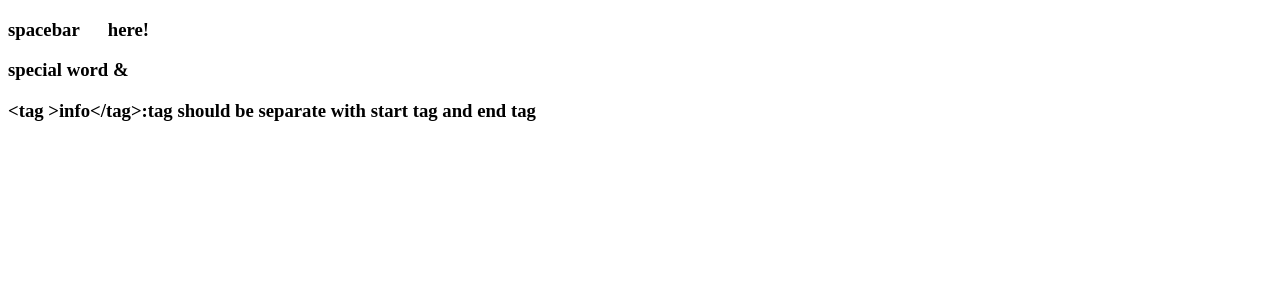
Repository: LucestDail/WebEclipse-Workspace
Page: htmlProject/WebContent/htmlEx3.html
An editor plug-in stored every save of this project. The page is shown before and after the next save, followed by the edit.
The browser window is 1280 px wide. The pictures show the whole page.

Above is the page before, as saved 2020-11-05 05:16:03.

### htmlProject/WebContent/htmlEx3.html
<!DOCTYPE html>
<html>
<head>
<meta charset="UTF-8">
<title>word printing</title>
</head>
<body>
<h3> spacebar&nbsp;&nbsp;&nbsp;&nbsp;&nbsp;&nbsp;here!</h3>
<h3> special word &amp;</h3>
<h3>&lt;tag &gt;info&lt;/tag&gt;:tag should be separate with start tag and end tag</h3>
</body>
</html>

After the next save:
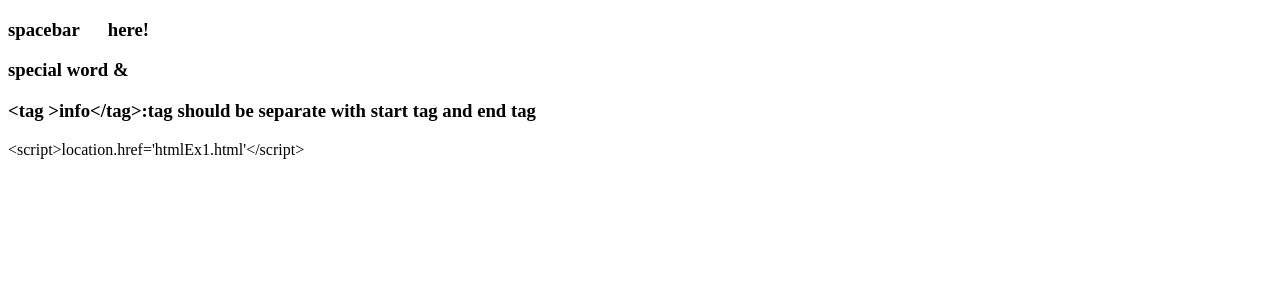
Saved 2 min 58 s later.
--- a/htmlProject/WebContent/htmlEx3.html
+++ b/htmlProject/WebContent/htmlEx3.html
@@ -8,5 +8,6 @@
 <h3> spacebar&nbsp;&nbsp;&nbsp;&nbsp;&nbsp;&nbsp;here!</h3>
 <h3> special word &amp;</h3>
 <h3>&lt;tag &gt;info&lt;/tag&gt;:tag should be separate with start tag and end tag</h3>
+&lt;script&gt;location.href='htmlEx1.html'&lt;/script&gt;
 </body>
 </html>
